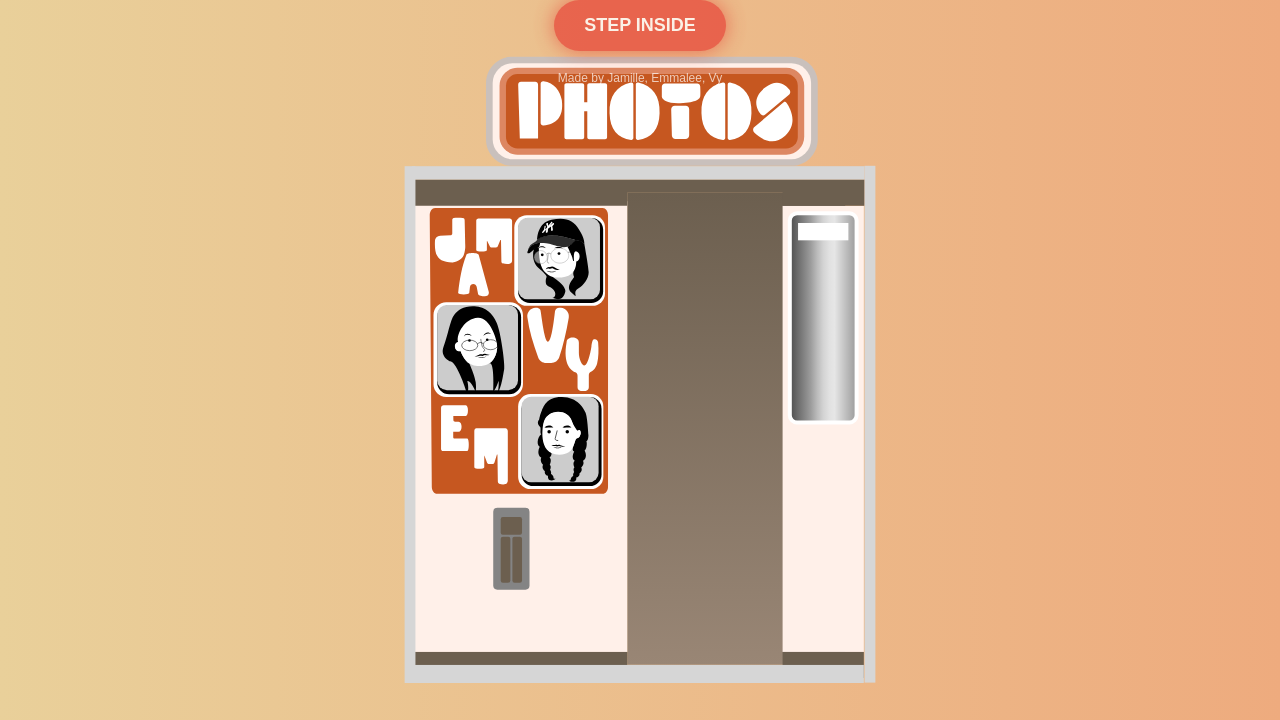
Repository: Strawb3rryjam/QuickSnip
Page: index.html
The author's editor kept a copy of each file at every save. The page is drawn from the files as they stood at one save, then again after the next save.
The browser window is 1280 px wide. The pictures show the whole page.

Above is the page before, as saved 2025-05-08 14:01:12.

After the next save:
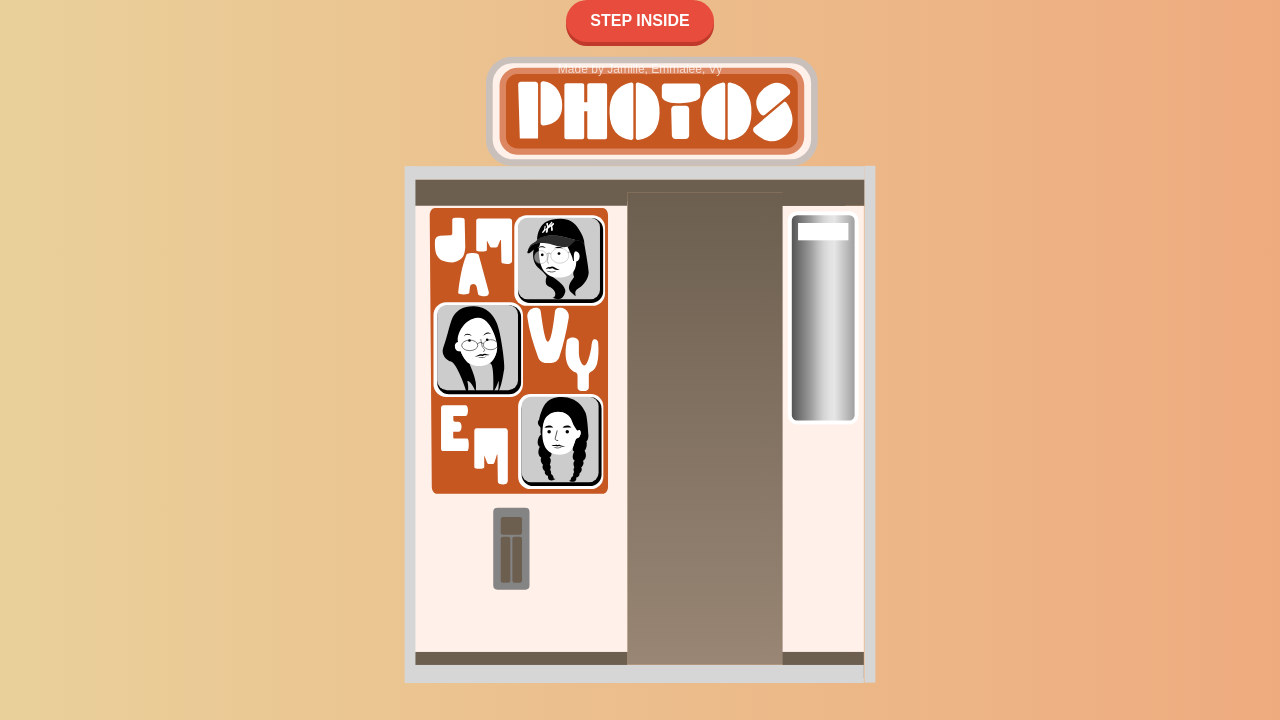
Saved 33 s later.
--- a/styles.css
+++ b/styles.css
@@ -22,43 +22,31 @@ h1 {
 
 
 
-.entrance{
+.photobooth-exterior {
+  display: flex;
+  align-items: center;
+  justify-content: center;
+  position: relative;
+  width: 100vw;
+  height: 100vh;
+  overflow: hidden;
+}
+
+.entrance {
+  width: 100%;
+  height: 100%;
+  object-fit: cover;
+  object-position: center;
   position: absolute;
   top: 0;
   left: 0;
-  width: 100%;
-  height: 100%;
-  object-fit: cover;
-  z-index: -1; /* send it behind any text or buttons */
-}
-
+  z-index: -1; /* behind the button */
+}
 
 #enterBoothButton {
-  background-color: #e74c3c;
-  color: white;
-  padding: 15px 30px;
-  border: none;
-  border-radius: 30px;
-  font-size: 18px;
-  cursor: pointer;
-  box-shadow: 0 0 20px rgba(231, 76, 60, 0.9);
-  transition: all 0.3s ease;
-  animation: pulse 1.5s infinite alternate;
-}
-
-#enterBoothButton:hover {
-  transform: scale(1.1);
-  background-color: #c0392b;
-}
-
-@keyframes pulse {
-  0% {
-    transform: scale(1);
-  }
-  100% {
-    transform: scale(1.05);
-  }
-}
+  z-index: 1; /* ensure it’s above the image */
+}
+
 
 /***********************************/
 
